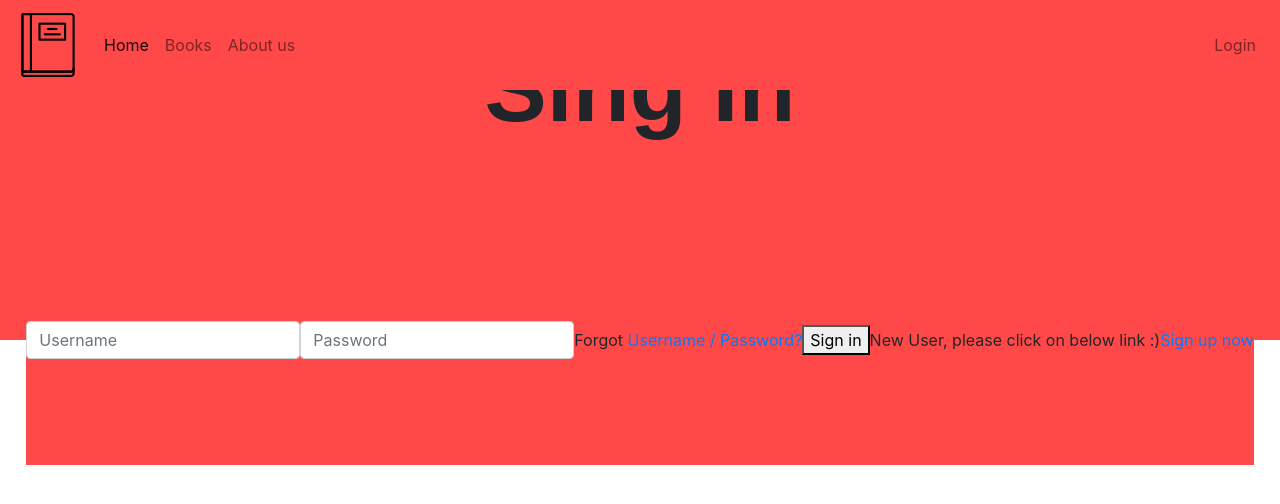
Repository: abhishekgandhi2398/BookStore
Page: http://localhost/BookStore/ulogin.jsp
These files come from the project's save history. The page is drawn as it stood at one moment and after the next save; the edit follows.
The browser window is 1280 px wide. The pictures show the whole page.
The page is served by Tomcat 9. Other server files are loaded and not shown.

Above is the page before, as saved 2019-12-06 15:19:56.
Console error: TypeError: Cannot read properties of undefined (reading 'fn')

### ProjectJava/BookStore/WebContent/ulogin.jsp
<%@ page language="java" contentType="text/html; charset=ISO-8859-1"
    pageEncoding="ISO-8859-1"%>
<!DOCTYPE html>
<html>
<head>
<meta charset="ISO-8859-1">

<link rel="stylesheet" href="https://maxcdn.bootstrapcdn.com/bootstrap/4.0.0/css/bootstrap.min.css">
<script src="https://maxcdn.bootstrapcdn.com/bootstrap/4.0.0/js/bootstrap.min.js"></script>


<title>Insert title here</title>
</head>
<body>


<nav class="navbar navbar-expand-lg navbar-light" style="background-color: #FF4948">
  <img src="img/logo.png" class="navbar-brand">
  <button class="navbar-toggler" type="button" data-toggle="collapse" data-target="#navbarTogglerDemo02" aria-controls="navbarTogglerDemo02" aria-expanded="false" aria-label="Toggle navigation">
    <span class="navbar-toggler-icon"></span>
  </button>

  <div class="collapse navbar-collapse" id="navbarTogglerDemo02">
    <ul class="navbar-nav mr-auto mt-2 mt-lg-0">
      <li class="nav-item active">
        <a class="nav-link" href="1.jsp">Home <span class="sr-only">(current)</span></a>
      </li>
      <li class="nav-item">
        <a class="nav-link" href="User_Products.jsp">Books</a>
      </li>
      <li class="nav-item">
        <a class="nav-link" href="#">About us</a>
      </li>
    </ul>

    <form class="form-inline my-2 my-lg-0">
        <ul class="navbar-nav mr-auto mt-2 mt-lg-0">

     <%
String q=(String)session.getAttribute("mobno");

if(q==null)
{
     %>
       <li class="nav-item">
        <a class="nav-link" href="ulogin.jsp">Login</a>
      </li>
<%}
else
{ %>
      <li class="nav-item">
        <a class="nav-link" href="vc.jsp">View Cart</a>
      </li>
      <li class="nav-item">
        <a class="nav-link" href="vieworderuser.jsp">View Orders</a>
      </li>
        <li class="nav-item">
        <a class="nav-link" href="ulogout.jsp">Logout</a>
      </li>

  <%      }


%>
      </ul>


    </form>
  </div>
</nav>


<div style="background-color: #FF4948; height: 250px; width: 100%;" class="d-flex justify-content-center  align-items-center">


<div class="limiter">
		<div class="container-login100">
			<div class="wrap-login100">


				<form class="login100-form validate-form p-l-55 p-r-55 p-t-178" method="get" action="login.jsp">



<div style="background-color: #FF4948; height: 250px; width: 100%;" class="d-flex justify-content-center  align-items-center">


					<b style="font-family: sans-serif; font-size: 70pt;">Sing In</b>
</div>

<div style="background-color: #FF4948; height: 250px; width: 100%;" class="d-flex justify-content-center  align-items-center">

					<br>
					<br>

					<div class="wrap-input100 validate-input m-b-16" data-validate="Please enter Mobile No.">
						<input class="form-control" type="number" name="mobile" placeholder="Username">
						<span class="focus-input100"></span>
					</div>

					<div class="wrap-input100 validate-input" data-validate = "Please enter password">
						<input class="form-control" type="password" name="password" placeholder="Password">
						<span class="focus-input100"></span>
					</div>

					<div class="text-right p-t-13 p-b-23">
						<span class="txt1">
							Forgot
						</span>

						<a href="#" class="txt2">
							Username / Password?
						</a>
					</div>

					<div class="container-login100-form-btn">
						<button class="login100-form-btn">
							Sign in
						</button>
					</div>


					<br>

						<span class="txt1 p-b-">
							New User, please click on below link :)
						</span>
					<br>
					<br>

						<a href="new_user.jsp" class="txt3">
							Sign up now
						</a>
					<br>
					<br>
	</div>
				</form>
			</div>
		</div>
	</div>



</div>


</body>
</html>

After the next save:
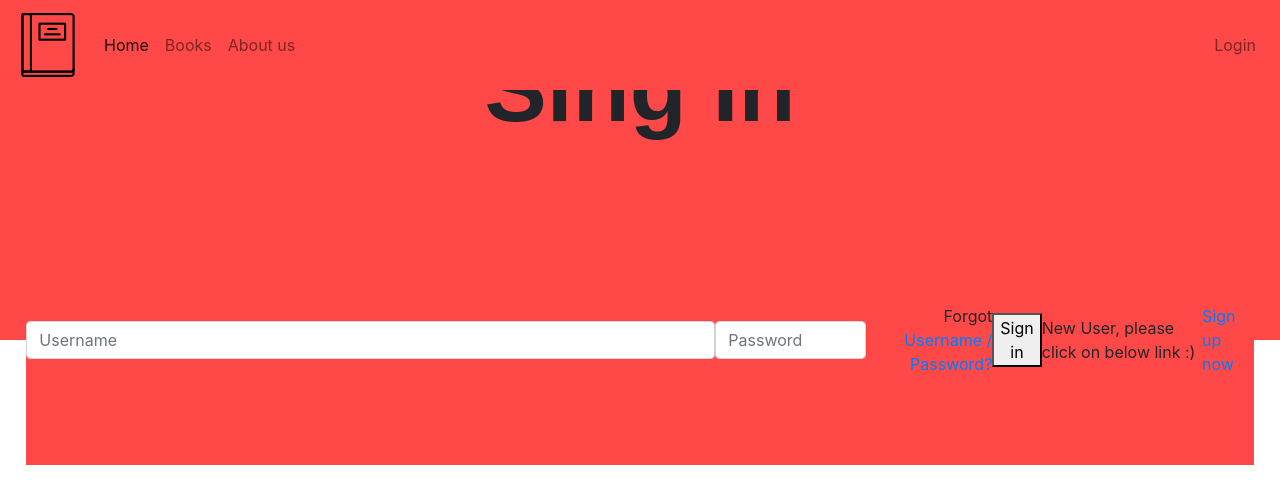
Saved 13 s later.
--- a/ProjectJava/BookStore/WebContent/ulogin.jsp
+++ b/ProjectJava/BookStore/WebContent/ulogin.jsp
@@ -92,11 +92,7 @@
 
 					<br>
 					<br>
-
-					<div class="wrap-input100 validate-input m-b-16" data-validate="Please enter Mobile No.">
-						<input class="form-control" type="number" name="mobile" placeholder="Username">
-						<span class="focus-input100"></span>
-					</div>
+					<input class="form-control" type="number" name="mobile" placeholder="Username">
 
 					<div class="wrap-input100 validate-input" data-validate = "Please enter password">
 						<input class="form-control" type="password" name="password" placeholder="Password">

After the save that followed:
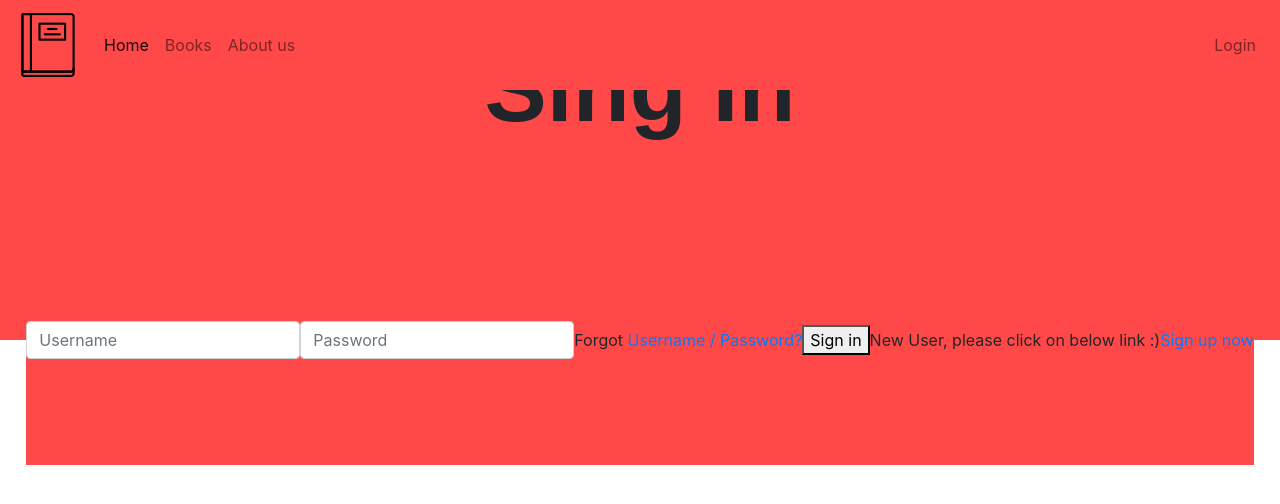
Saved 15 s later.
--- a/ProjectJava/BookStore/WebContent/ulogin.jsp
+++ b/ProjectJava/BookStore/WebContent/ulogin.jsp
@@ -92,7 +92,11 @@
 
 					<br>
 					<br>
-					<input class="form-control" type="number" name="mobile" placeholder="Username">
+
+					<div class="wrap-input100 validate-input m-b-16" data-validate="Please enter Mobile No.">
+						<input class="form-control" type="number" name="mobile" placeholder="Username">
+						<span class="focus-input100"></span>
+					</div>
 
 					<div class="wrap-input100 validate-input" data-validate = "Please enter password">
 						<input class="form-control" type="password" name="password" placeholder="Password">
